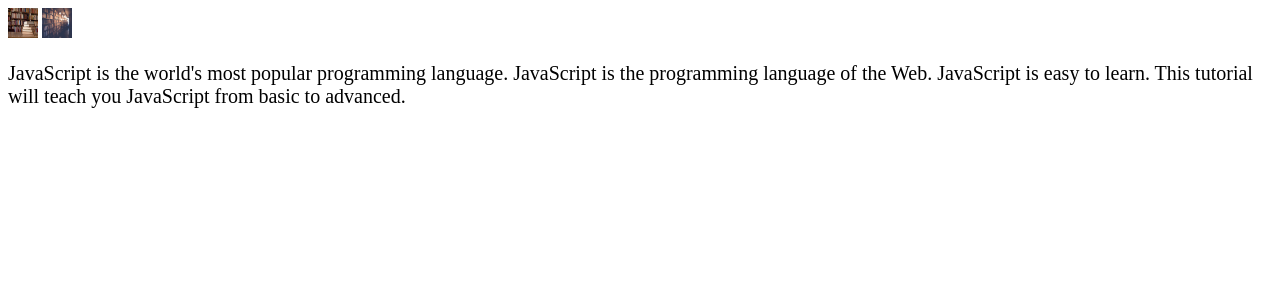
Repository: venkatesakki/JavaDeveloper
Page: javascript_example/src/main/webapp/dom_parsing.html
An editor plug-in stored every save of this project. The page is shown before and after the next save, followed by the edit.
The browser window is 1280 px wide. The pictures show the whole page.
After loading, the first visible `#increment` was clicked once.

Above is the page before, as saved 2022-06-28 12:35:11.

### javascript_example/src/main/webapp/dom_parsing.html
<!DOCTYPE html>
<html>
<head>
<meta charset="UTF-8">
<title>Dom Parsing</title>
<style>
.icon
{
width:30px;
height:30px;
}

.fontSizeUp{

font-size:1.2em;

}
.fontSizeDw{

font-size:0.8em;

}
</style>
</head>
<body>
<img src="images/sample.jpg" id="increment" alt="Increse Font Size" class="icon">
<img src="images/sample1.jpeg" id="decrement" alt="Increse Font Size" class="icon">
<p id="firstPara">

JavaScript is the world's most popular programming language.

JavaScript is the programming language of the Web.

JavaScript is easy to learn.

This tutorial will teach you JavaScript from basic to advanced.
</p>
<script type="text/javascript" src="scripts/domparsing.js"></script>
</body>
</html>

### javascript_example/src/main/webapp/scripts/domparsing.js
/**
 *
 */

function incFontSize(){

	var para=document.getElementById("firstPara");

	//para.setAttribute("class","fontSizeUp");
	var size='20';
	//fontSize=size+'10';
	para.setAttribute("style","font-size:"+size+'px');
    //size++;


}
function decFontSize(){

	var para=document.getElementById("firstPara");

	para.setAttribute("class","fontSizeDw");
	//para.setAttribute("style","font-size:"+'10px');


}

function addClickEvent(){

	var imgRef =document.getElementById("increment");

	imgRef.addEventListener('click',incFontSize);

	var imgRef =document.getElementById("decrement");

	imgRef.addEventListener('click',decFontSize);
}

(function(){
	addClickEvent();

})();

After the next save:
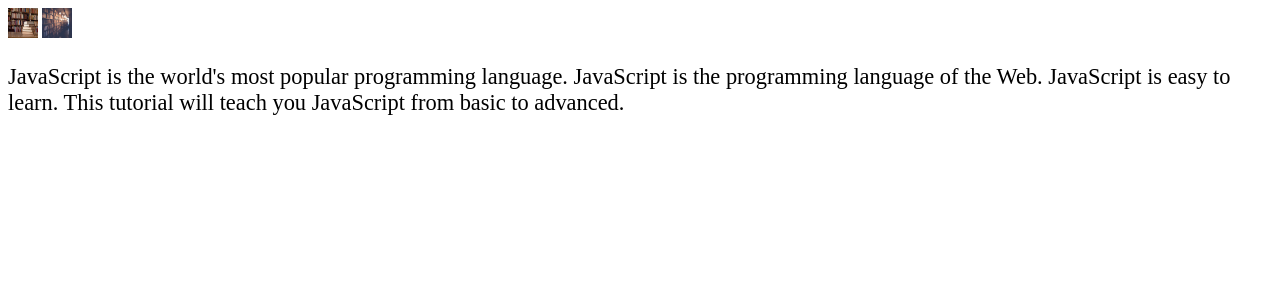
Saved 110 s later.
--- a/javascript_example/src/main/webapp/scripts/domparsing.js
+++ b/javascript_example/src/main/webapp/scripts/domparsing.js
@@ -1,15 +1,16 @@
 /**
  *
  */
-
+var size='1.4';
 function incFontSize(){
 
 	var para=document.getElementById("firstPara");
 
 	//para.setAttribute("class","fontSizeUp");
-	var size='20';
-	//fontSize=size+'10';
-	para.setAttribute("style","font-size:"+size+'px');
+
+	fontSize=size+'1';
+
+	para.setAttribute("style","font-size:"+size+'em');
     //size++;
 
 
